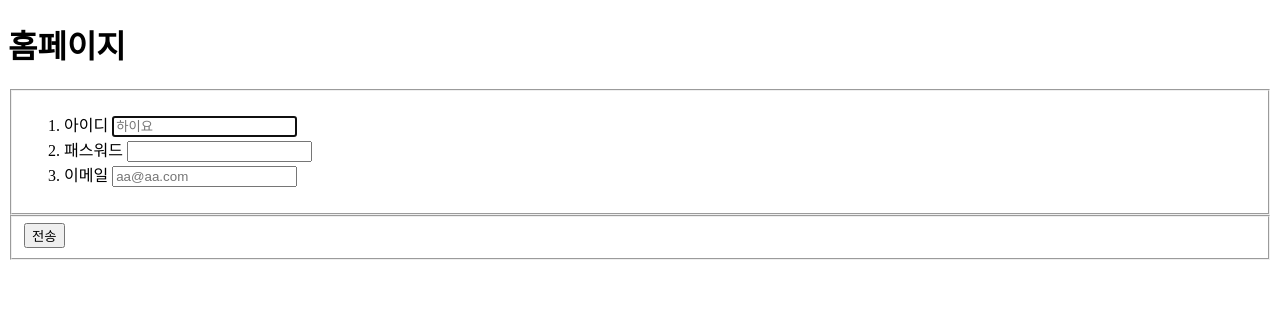
Repository: angelSuho/KCC_Learning_Repo
Page: Html/WebContent/form.html
An editor plug-in stored every save of this project. The page is shown before and after the next save, followed by the edit.
The browser window is 1280 px wide. The pictures show the whole page.

Above is the page before, as saved 2024-07-08 06:08:45.

### Html/WebContent/form.html
<!DOCTYPE html>
<html>
<head>
<meta charset="UTF-8">
<title>Insert title here</title>
</head>
<body>
	<h1>홈페이지</h1>
	<form action="서버URL" method="get/post">
		<fieldset>
			<ol>
			<li>
				<label for="id">아이디</label>
				<input type="text" name="userId" id="id" autofocus="autofocus"
				placeholder="하이요">
			</li>
			<li>
				<label>패스워드</label>
				<input type="password" name="userPass">
			</li>
			<li>
				<label>이메일</label>
				<input type="email" name="userPass" placeholder="aa@aa.com" required="required">
			</li>

			</ol>
		</fieldset>
		<fieldset>
			<input type="submit" value="전송">
		</fieldset>
	</form>
</body>
</html>

After the next save:
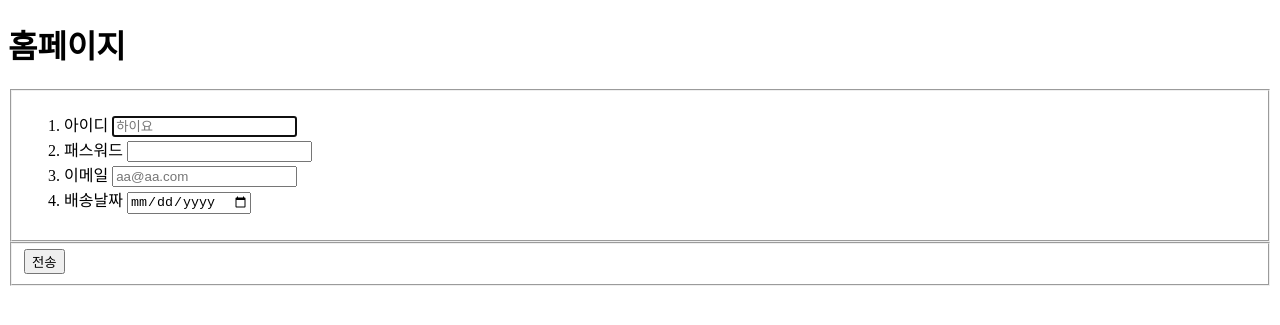
Saved 78 s later.
--- a/Html/WebContent/form.html
+++ b/Html/WebContent/form.html
@@ -22,7 +22,10 @@
 				<label>이메일</label>
 				<input type="email" name="userPass" placeholder="aa@aa.com" required="required">
 			</li>
-
+			<li>
+				<label>배송날짜</label>
+				<input type="date">
+			</li>
 			</ol>
 		</fieldset>
 		<fieldset>
